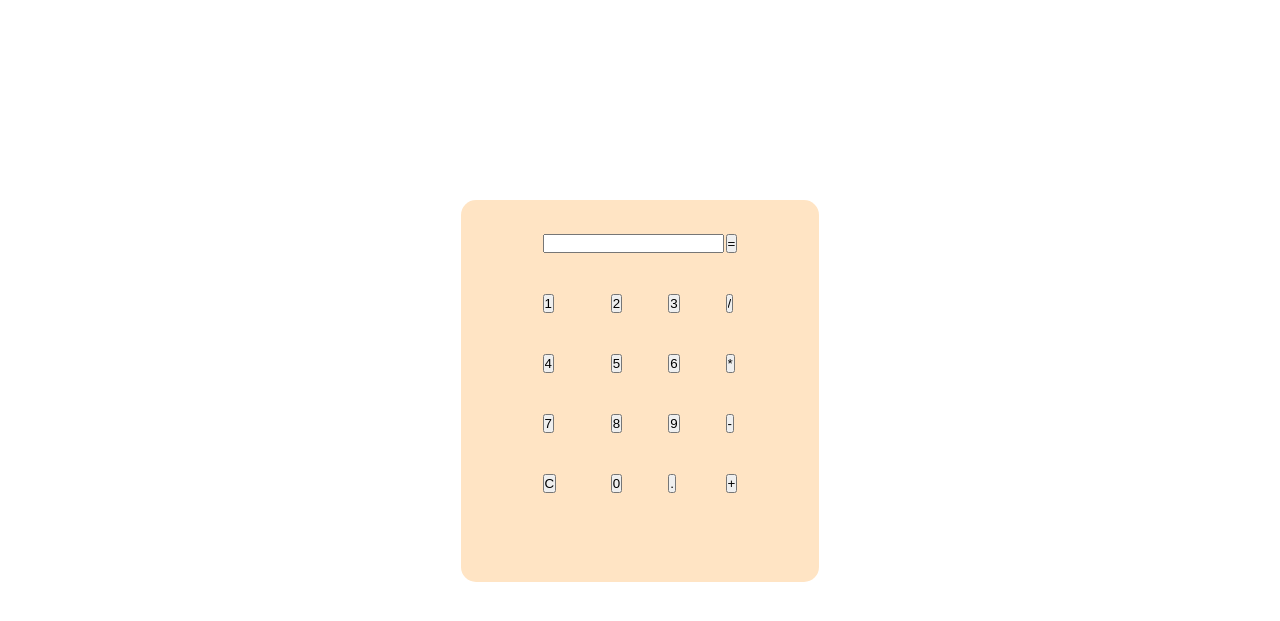
Repository: Seryozha02/CalculatorAndStopwatch
Page: calculator.html
The author's editor kept a copy of each file at every save. The page is drawn from the files as they stood at one save, then again after a run of saves.
The browser window is 1280 px wide. The pictures show the whole page.

Above is the page before, as saved 2022-10-03 00:27:36.

### calculator.html
<!DOCTYPE html>
<html lang="en">
  <head>
    <meta charset="UTF-8" />
    <meta http-equiv="X-UA-Compatible" content="IE=edge" />
    <meta name="viewport" content="width=device-width, initial-scale=1.0" />
    <link rel="stylesheet" href="calculator.css" />
    <title>Calculator</title>
  </head>
  <body>
    <table id="calculator">
      <tr>
        <td colspan="3"><input class="display-box" type="text" id="result"/></td>
        <td><input type="button" value="=" onclick="calculate()" id="btn"></td>
      </tr>
      <tr>
        <td><input type="button" value="1" onclick="display(('1'))" /></td>
        <td><input type="button" value="2" onclick="display(('2'))" /></td>
        <td><input type="button" value="3" onclick="display(('3'))" /></td>
        <td><input type="button" value="/" onclick="display(('/'))" /></td>
      </tr>
      <tr>
        <td><input type="button" value="4" onclick="display(('4'))"></td>
        <td><input type="button" value="5" onclick="display(('5'))"></td>
        <td><input type="button" value="6" onclick="display(('6'))"></td>
        <td><input type="button" value="*" onclick="display(('*'))"></td>
      </tr>
      <tr>
        <td><input type="button" value="7" onclick="display(('7'))"></td>
        <td><input type="button" value="8" onclick="display(('8'))"></td>
        <td><input type="button" value="9" onclick="display(('9'))"></td>
        <td><input type="button" value="-" onclick="display(('-'))"></td>
      </tr>
      <tr>
      <td><input type="button" value="C" onclick="cleareScreen()" id="btn"></td>
      <td><input type="button" value="0" onclick="display(('0'))"></td>
      <td><input type="button" value="." onclick="display(('.'))"></td>
      <td><input type="button" value="+" onclick="display(('+'))"></td>
    </tr>
    </table>
  </body>
  <script src="calculator.js"></script>
</html>

### calculator.css
* {
    margin: 0;
    padding: 0;
    text-decoration: none;
    box-sizing: border-box;
}

#calculator {
    background-color: bisque;
    border-radius: 15px;
    margin: 0 auto;
    margin-top: 200px;
    padding: 0 80px 80px;
    font-size: 50px;
}

table td tr {
        font-size: 35px;
}

Loaded but not shown: calculator.js (no copy from this time; the picture is the same without it)

After the next 3 saves:
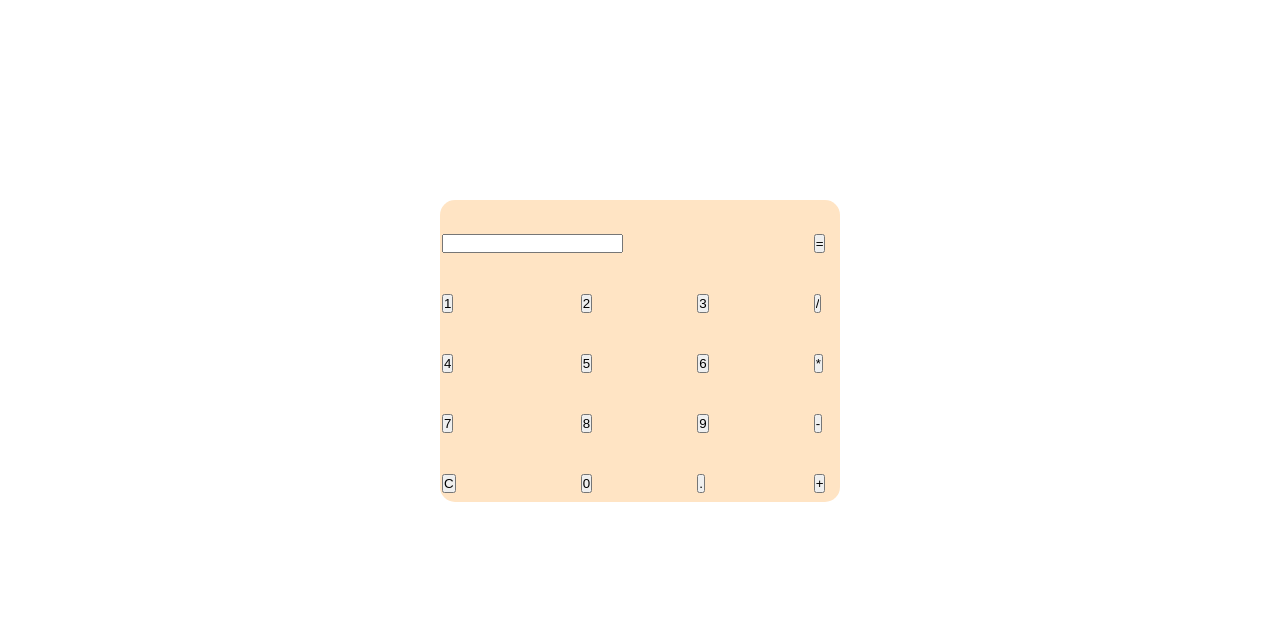
The 3 saves are shown as one change because they came seconds apart.
The last was saved 17 s later.
--- a/calculator.css
+++ b/calculator.css
@@ -10,7 +10,7 @@
     border-radius: 15px;
     margin: 0 auto;
     margin-top: 200px;
-    padding: 0 80px 80px;
+    width: 400px;
     font-size: 50px;
 }
 
